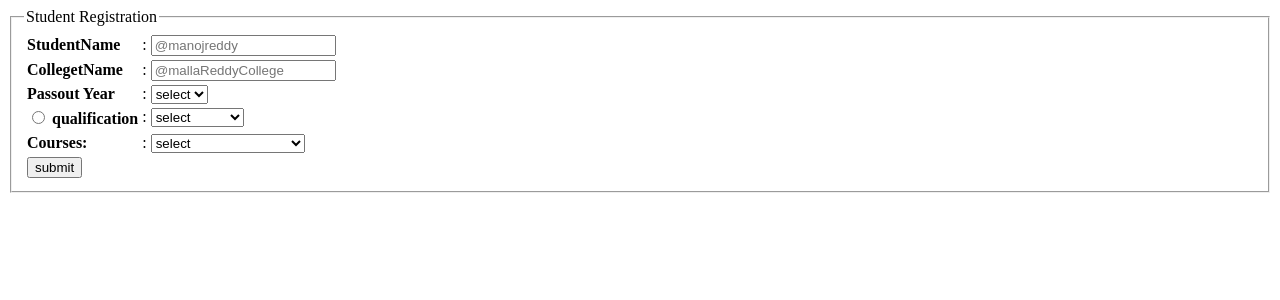
Repository: JanapatlaManojReddy/java
Page: http://localhost/institutionProject/StudentRegistration.jsp
The author's editor kept a copy of each file at every save. The page is drawn from the files as they stood at one save, then again after the next save.
The browser window is 1280 px wide. The pictures show the whole page.
The page is served by Tomcat 9.

Above is the page before, as saved 2023-08-19 15:14:47.

After the next save:
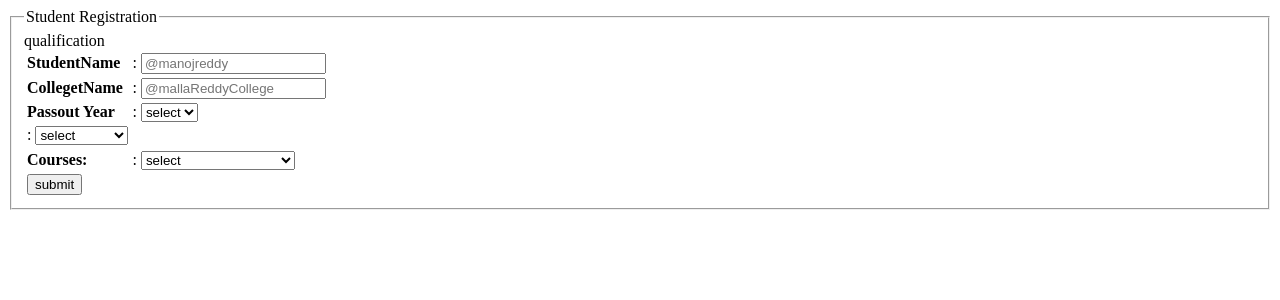
Saved 97 s later.
--- a/institutionProject/src/main/webapp/StudentRegistration.jsp
+++ b/institutionProject/src/main/webapp/StudentRegistration.jsp
@@ -51,21 +51,20 @@
 </tr>
 
 <tr>
-<th align="left">
-<input type="radio" name="btech">
+
 <lable for="stream" >qualification</lable>
 </th>
 <td>:
 <select id ="stream" name="stream" >
 <option value="select" selected>select</option>
-<optgroup lable="Btech">
+<optgroup lable="Btech">Btech
 <option value ="EEE">EEE</option>
 <option value ="ECE">ECE</option>
 <option value ="CSE">CSE</option>
 <option value ="CIVIL">CIVIL</option>
 <option value ="MECH">MECH</option>
 <option value ="OTHERS">OTHERS</option></optgroup>
-<optgroup lable="degree">
+<optgroup lable="degree">degree
 <option value ="BSC">BSC</option>
 <option value ="MPCS">MPCS</option>
 <option value ="BCOM">BCOM</option>
